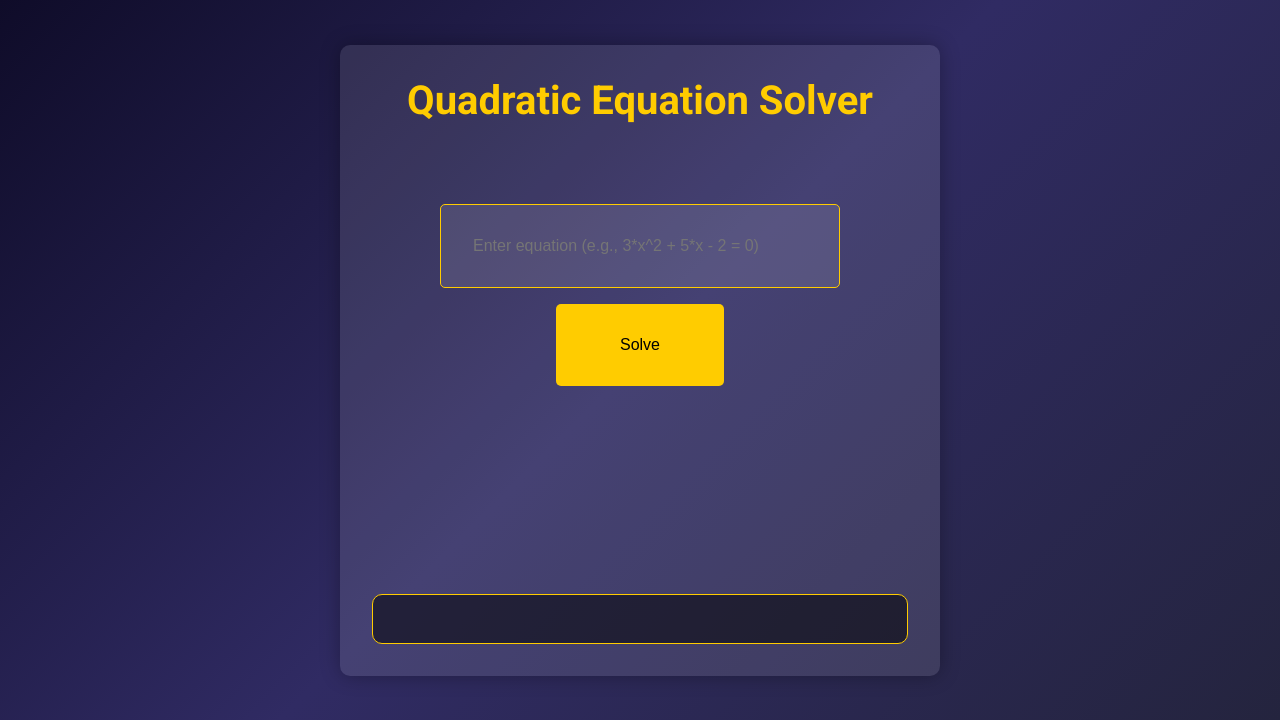
Repository: ngl-ankit/equation-solver
Page: index.html
These files come from the project's save history. The page is drawn as it stood at one moment and after the next save; the edit follows.
The browser window is 1280 px wide. The pictures show the whole page.

Above is the page before, as saved 2024-07-08 11:14:44.

### index.html
<!DOCTYPE html>
<html lang="en">
  <head>
    <meta charset="UTF-8" />
    <meta name="viewport" content="width=device-width, initial-scale=1.0" />
    <title>Quadratic Equation Solver</title>
    <link rel="stylesheet" href="styles.css" />
  </head>
  <body>
    <div class="container">
      <h1>Quadratic Equation Solver</h1>
      <div class="form-container">
        <form id="equation-form">
          <input
            type="text"
            id="equation-input"
            placeholder="Enter equation (e.g., 3*x^2 + 5*x - 2 = 0)"
            required
          />
          <button type="submit" class="solve-btn">Solve</button>
        </form>
      </div>
      <div id="results" class="results"></div>
    </div>
    <script src="script.js"></script>
  </body>
</html>

### styles.css
@import url("https://fonts.googleapis.com/css2?family=Roboto:wght@400;700&display=swap");

* {
  margin: 0;
  padding: 0;
  box-sizing: border-box;
}

body {
  display: flex;
  justify-content: center;
  align-items: center;
  height: 100vh;
  font-family: "Roboto", sans-serif;
  background: linear-gradient(135deg, #0f0c29, #302b63, #24243e);
  color: #fff;
}

.container {
  max-width: 600px;
  width: 90%;
  background: rgba(255, 255, 255, 0.1);
  padding: 2rem;
  border-radius: 10px;
  box-shadow: 0 0 20px rgba(0, 0, 0, 0.3);
  text-align: center;
}

h1 {
  font-size: 2.5rem;
  margin-bottom: 5rem;
  color: #ffcc00;
}

.form-container {
  margin-bottom: 13rem;
}

form {
  display: flex;
  flex-direction: column;
  align-items: center;
}

input[type="text"] {
  width: 100%;
  max-width: 400px;
  padding: 2rem;
  border: 1px solid #ffcc00;
  border-radius: 5px;
  background: rgba(255, 255, 255, 0.1);
  color: #fff;
  font-size: 1rem;
  margin-bottom: 1rem;
  transition: background-color 0.3s, border-color 0.3s;
}

input[type="text"]:hover,
input[type="text"]:focus {
  background-color: rgba(255, 255, 255, 0.2);
  border-color: #ff9900;
}

button.solve-btn {
  padding: 2rem 4rem;
  border: none;
  background-color: #ffcc00;
  color: #000;
  border-radius: 5px;
  cursor: pointer;
  transition: background-color 0.3s, transform 0.3s;
  font-size: 1rem;
  outline: none;
}

button.solve-btn:hover {
  background-color: #ff9900;
  transform: scale(1.05);
}

.results {
  background: rgba(0, 0, 0, 0.5);
  border: 1px solid #ffcc00;
  border-radius: 10px;
  padding: 1.5rem;
  margin-top: 2rem;
  text-align: left;
  animation: fadeIn 0.5s ease-in-out;
}

.results p {
  font-size: 1rem;
  line-height: 1.6;
  margin-bottom: 1rem;
}

.solution-steps {
  margin-top: 1rem;
}

@keyframes fadeIn {
  from {
    opacity: 0;
  }
  to {
    opacity: 1;
  }
}

### script.js
document.getElementById('equation-form').addEventListener('submit', function (event) {
  event.preventDefault();
  const equation = document.getElementById('equation-input').value;
  const result = solveQuadraticEquation(equation);
  displayResults(result);
});

function solveQuadraticEquation(equation) {
  const trimmedEquation = equation.replace(/\s/g, ''); // Remove all whitespace
  const regex = /^([-+]?\d*\.?\d*)\*?x\^2([-+]?\d*\.?\d*)\*?x([-+]?\d*\.?\d*)=?0$/;
  const matches = trimmedEquation.match(regex);

  if (!matches) {
    return { equation, error: 'Invalid equation format' };
  }

  const a = parseFloat(matches[1]) || 1;
  const b = parseFloat(matches[2]) || 0;
  const c = parseFloat(matches[3]) || 0;

  const discriminant = b * b - 4 * a * c;

  let solutions = [];
  let solutionSteps = [];

  solutionSteps.push(`Given equation: ${equation}`);

  solutionSteps.push(`Step 1: Calculate Discriminant (D) = ${b}^2 - 4 * ${a} * ${c}`);
  solutionSteps.push(`D = ${discriminant}`);

  if (discriminant > 0) {
    const x1 = (-b + Math.sqrt(discriminant)) / (2 * a);
    const x2 = (-b - Math.sqrt(discriminant)) / (2 * a);
    solutions = [x1, x2];
    solutionSteps.push(`Step 2: Apply the Quadratic Formula:`);
    solutionSteps.push(`x1 = (-${b} + √${discriminant}) / (2 * ${a}) = ${x1}`);
    solutionSteps.push(`x2 = (-${b} - √${discriminant}) / (2 * ${a}) = ${x2}`);
  } else if (discriminant === 0) {
    const x = -b / (2 * a);
    solutions = [x];
    solutionSteps.push(`Step 2: Apply the Quadratic Formula:`);
    solutionSteps.push(`x = -${b} / (2 * ${a}) = ${x}`);
  } else {
    solutionSteps.push(`Step 2: Since D < 0, no real solutions exist.`);
  }

  return {
    equation,
    solutions,
    discriminant,
    solutionSteps
  };
}

function displayResults(result) {
  const resultsDiv = document.getElementById('results');
  resultsDiv.innerHTML = `
    <h2>Results:</h2>
    <div class="solution-steps">
      ${result.solutionSteps.map(step => `<p>${step}</p>`).join('')}
    </div>
    <p><strong>Discriminant:</strong> ${result.discriminant}</p>
    ${result.solutions.length > 0 ? `
    <p><strong>Solutions:</strong> ${result.solutions.join(', ')}</p>` : ''}
  `;
}

After the next save:
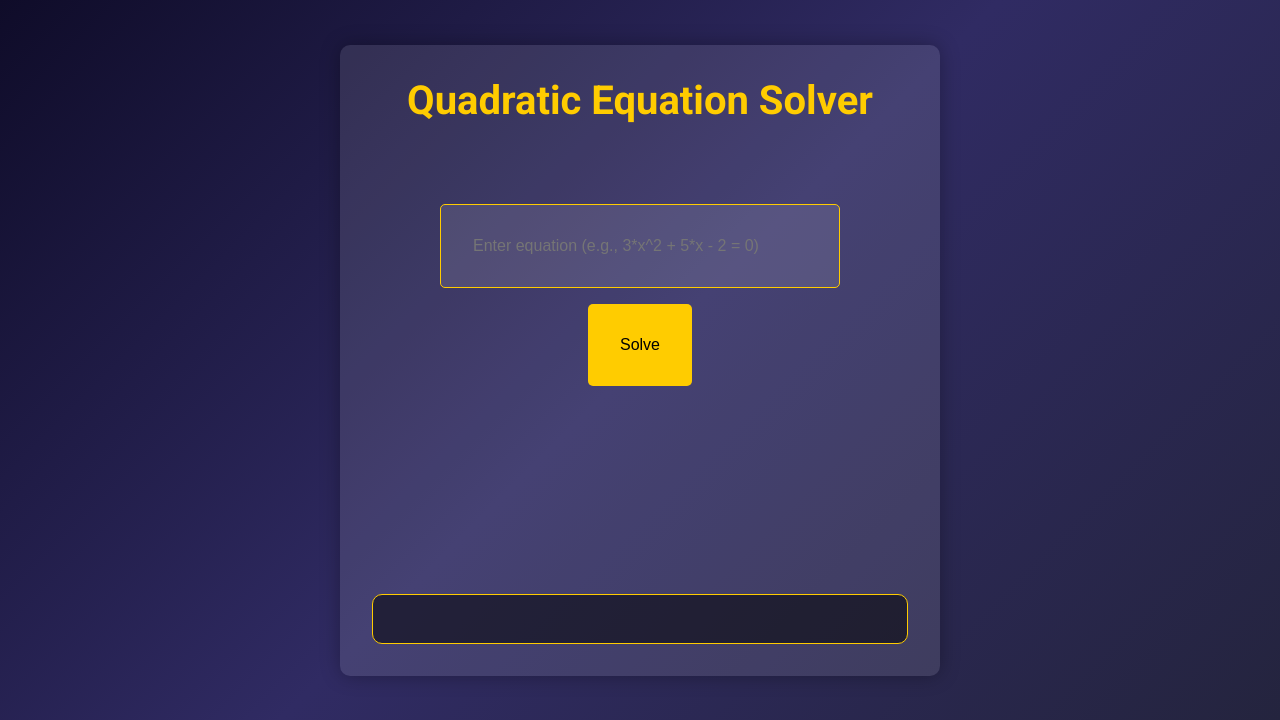
Saved 5 s later.
--- a/styles.css
+++ b/styles.css
@@ -62,7 +62,7 @@ input[type="text"]:focus {
 }
 
 button.solve-btn {
-  padding: 2rem 4rem;
+  padding: 2rem 2rem;
   border: none;
   background-color: #ffcc00;
   color: #000;
